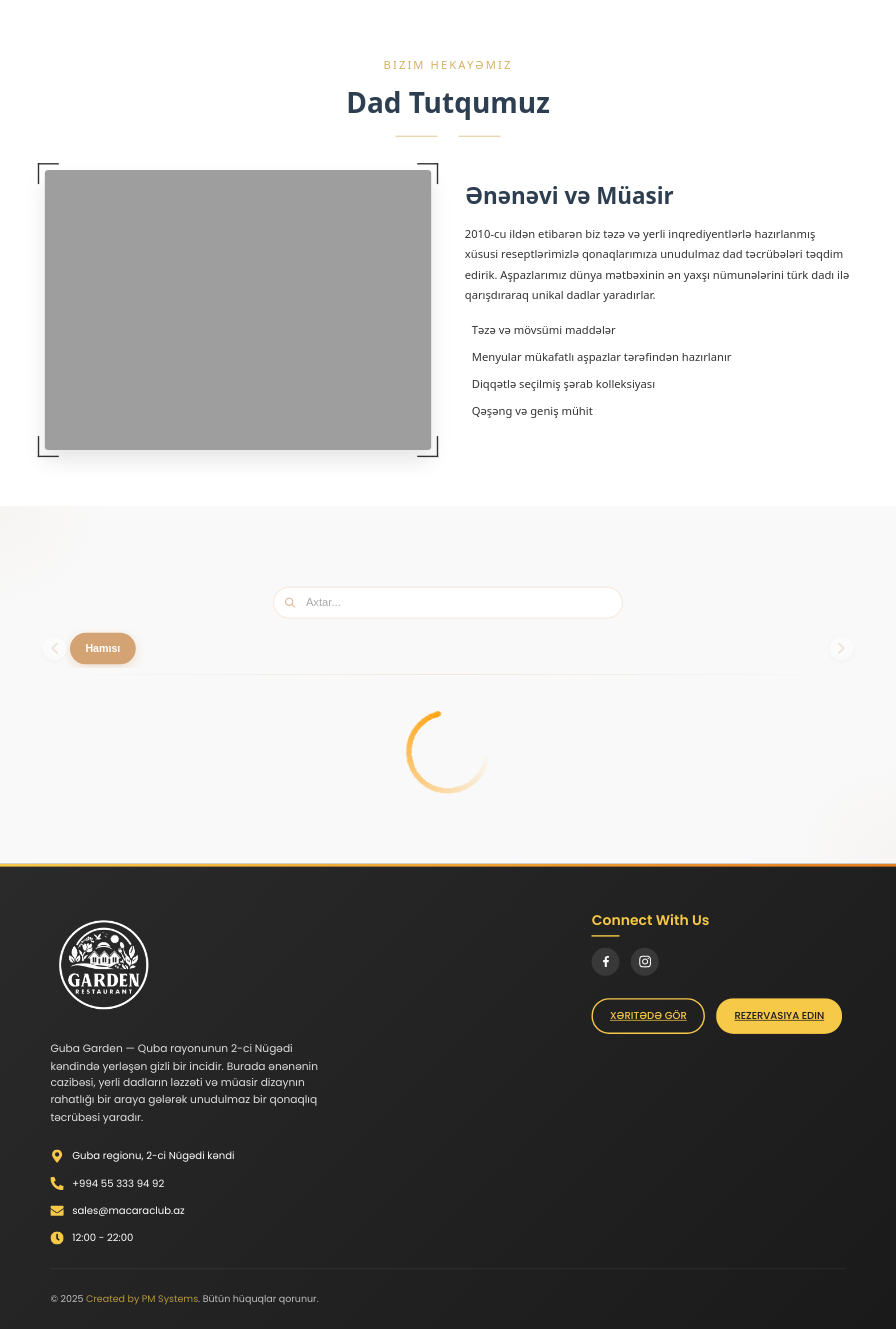
Repository: ferhadsultan98/menu-macara
Page: /
These files come from the project's save history. The page is drawn as it stood at one moment and after the next save; the edit follows.
The browser window is 1280 px wide. The pictures show the part of the page from y = 720 to 2619 px (the page is 2619 px tall), at 70% of full size.
Pictures or frames that could not be fetched are drawn as grey boxes. The page's requests for data from a server got no answer. The project was rebuilt for these pictures with package versions that can differ from the ones it lists, and the page was loaded fresh each time. No one was signed in, and anything a server would have sent is missing. Also part of the build but not shown: vite.config.js.

Above is the page before, as saved 2025-04-18 15:16:45.

After the next save:
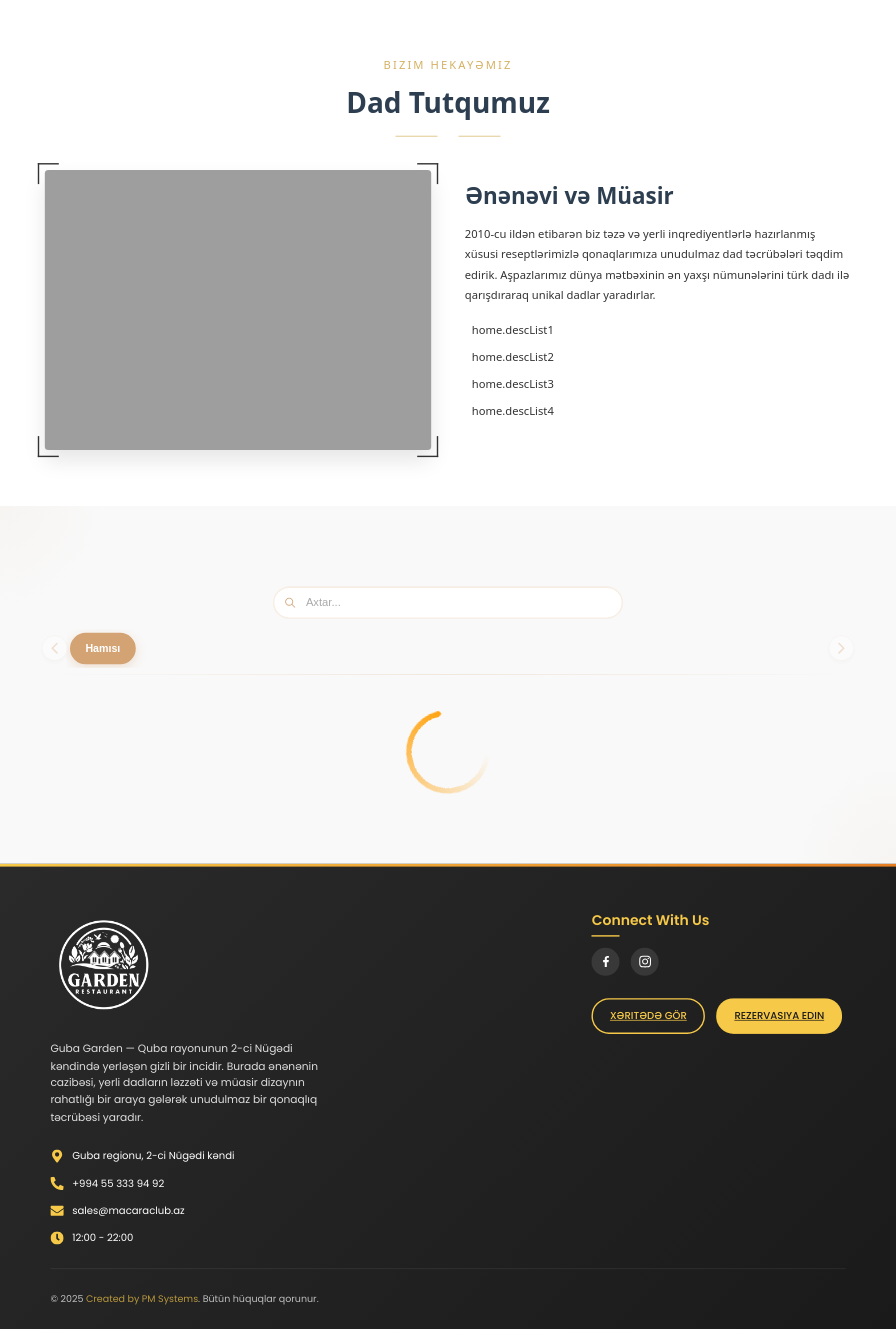
Saved 91 s later.
--- a/src/Languages/AZ/AZ.json
+++ b/src/Languages/AZ/AZ.json
@@ -11,10 +11,6 @@
     "mainheader": "Dad Tutqumuz",
     "twoheader": "Ənənəvi və Müasir",
     "desc": "2010-cu ildən etibarən biz təzə və yerli inqrediyentlərlə hazırlanmış xüsusi reseptlərimizlə qonaqlarımıza unudulmaz dad təcrübələri təqdim edirik. Aşpazlarımız dünya mətbəxinin ən yaxşı nümunələrini türk dadı ilə qarışdıraraq unikal dadlar yaradırlar.",
-    "descList1": "Təzə və mövsümi maddələr",
-    "descList2": "Menyular mükafatlı aşpazlar tərəfindən hazırlanır",
-    "descList3": "Diqqətlə seçilmiş şərab kolleksiyası",
-    "descList4": "Qəşəng və geniş mühit",
     "moreExplore": "Daha çox araşdırın"
   },
   "footer": {
